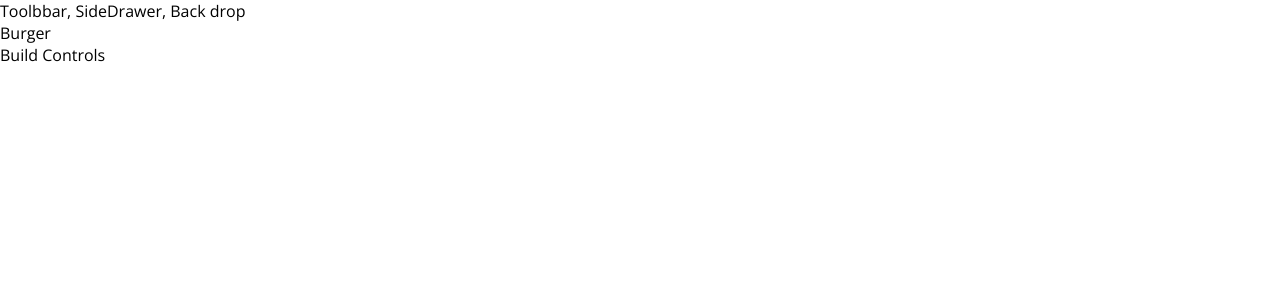
Repository: dunbom6612/burger-builder-app
Page: /
These files come from the project's save history. The page is drawn as it stood at one moment and after the next save; the edit follows.
The browser window is 1280 px wide. The pictures show the whole page.
The project was rebuilt for these pictures with package versions that can differ from the ones it lists, and the page was loaded fresh each time.

Above is the page before, as saved 2020-07-26 18:56:06.

After the next save:
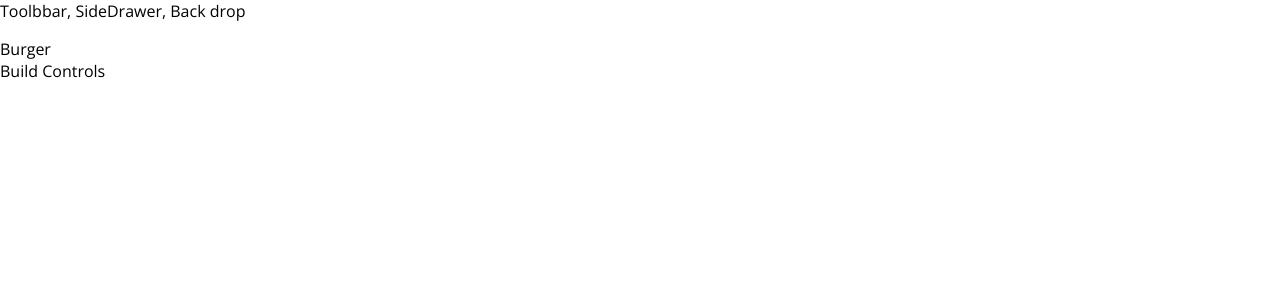
Saved 49 s later.
--- a/src/components/Layout/Layout.js
+++ b/src/components/Layout/Layout.js
@@ -1,5 +1,6 @@
 import React from "react";
 import Aux from "../../hoc/Aux";
+import 'Layout.css'
 
 const layout = (props) => (
   <Aux>

After the 3 saves that followed:
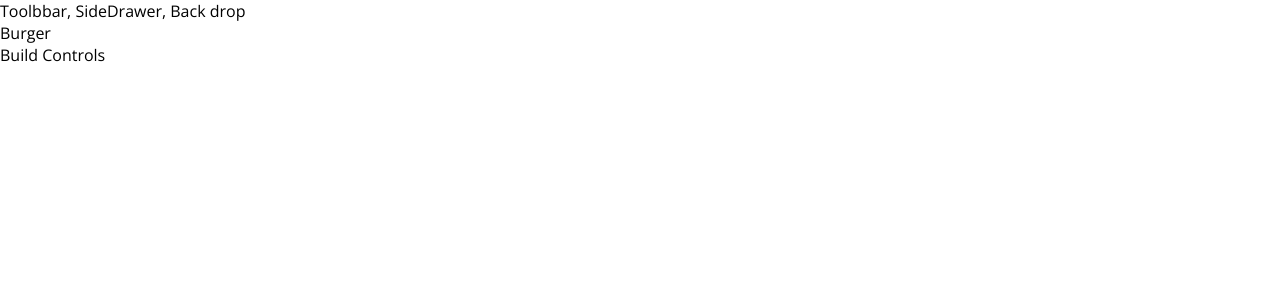
The 3 saves are shown as one change because 2 left the picture as it was.
The last was saved 98 s later.
--- a/src/components/Layout/Layout.js
+++ b/src/components/Layout/Layout.js
@@ -1,11 +1,11 @@
 import React from "react";
 import Aux from "../../hoc/Aux";
-import 'Layout.css'
+import classes from './Layout.css'
 
 const layout = (props) => (
   <Aux>
     <div>Toolbbar, SideDrawer, Back drop</div>
-    <main className='Content'>{props.children}</main>
+    <main className={classes.Content}>{props.children}</main>
   </Aux>
 );
 
